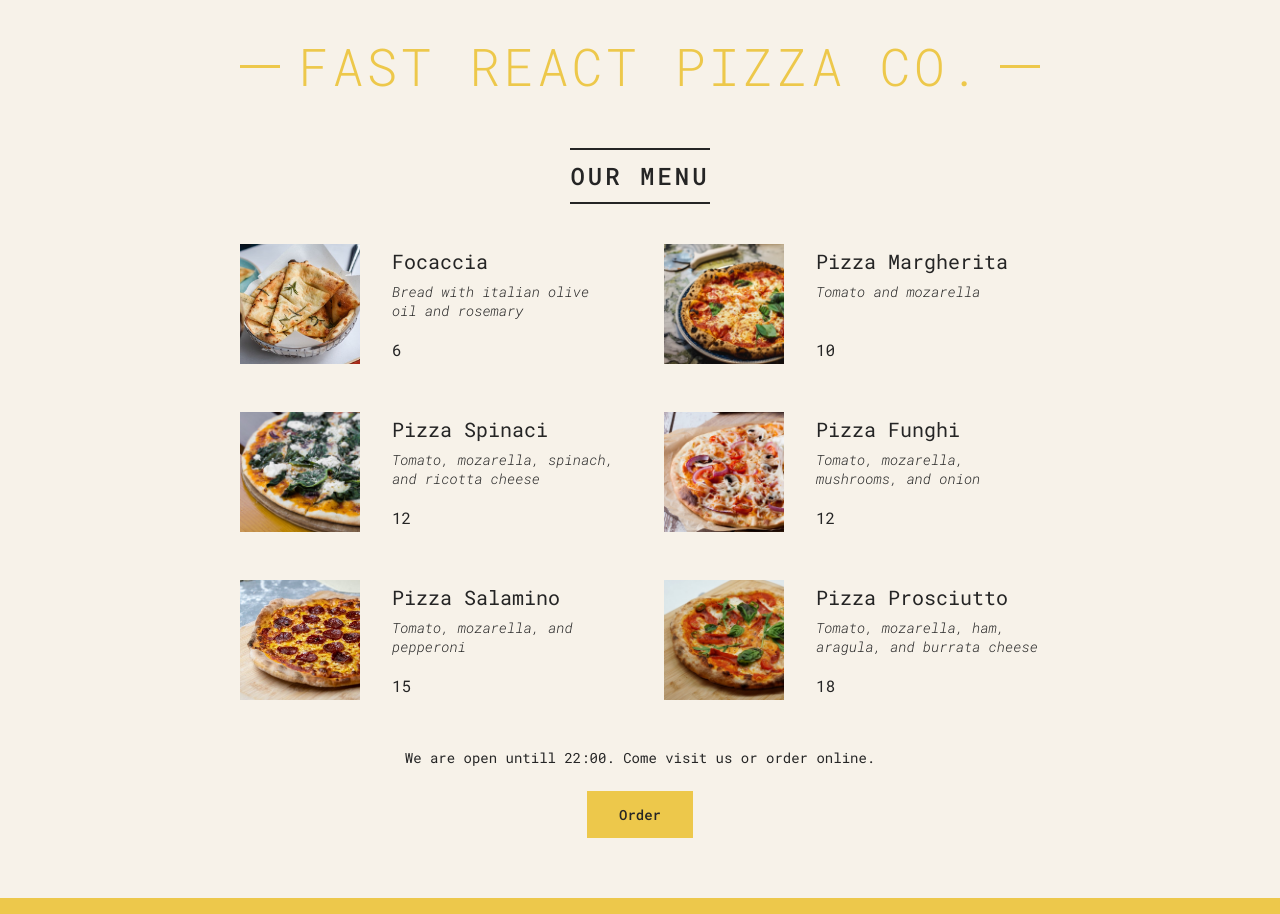
Repository: Aaryan-Poria/pizza-menu
Page: /
These files come from the project's save history. The page is drawn as it stood at one moment and after the next save; the edit follows.
The browser window is 1280 px wide. The pictures show the whole page.
The project was rebuilt for these pictures with package versions that can differ from the ones it lists, and the page was loaded fresh each time.

Above is the page before, as saved 2023-10-21 21:14:59.

After the next save:
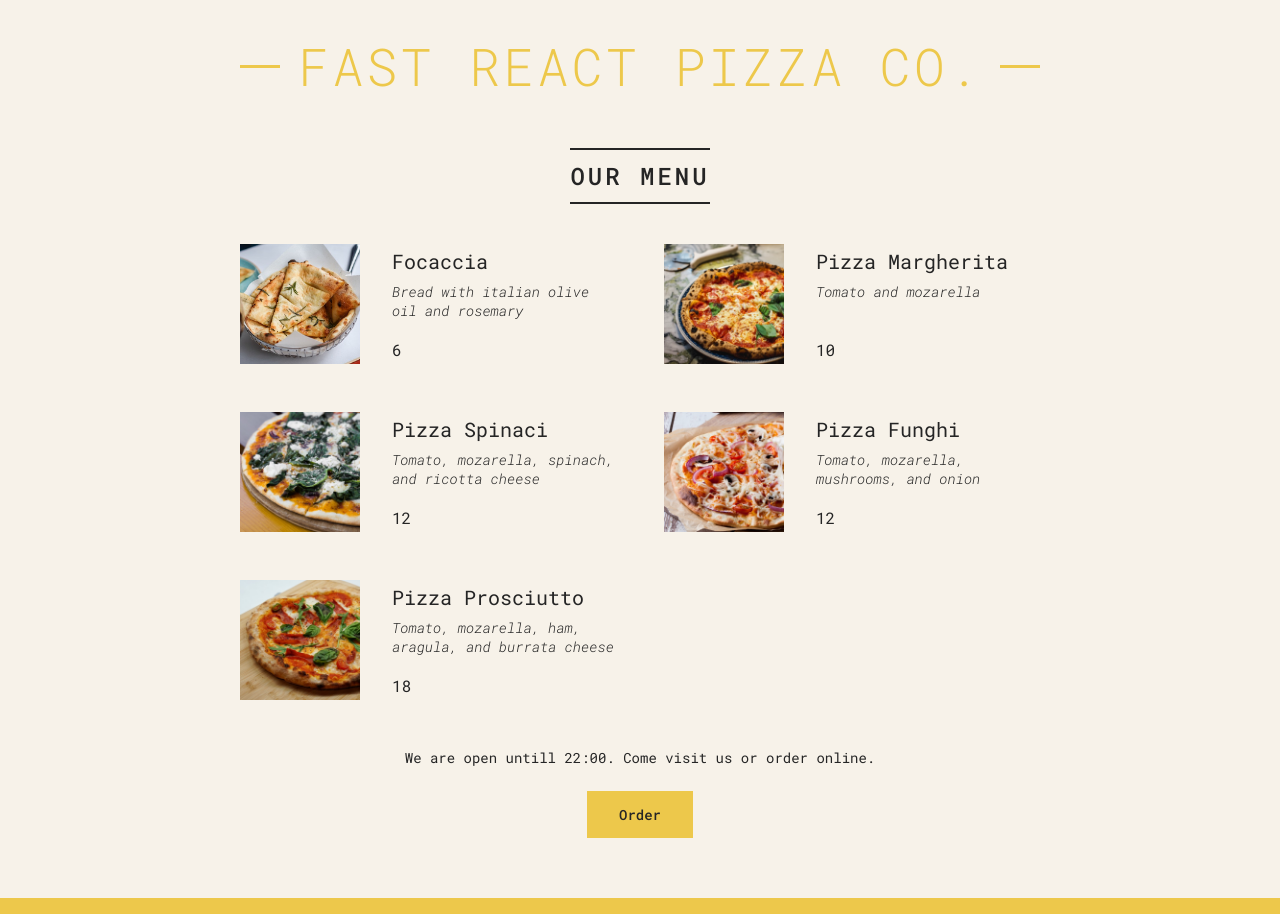
Saved 13 min 46 s later.
--- a/src/index.js
+++ b/src/index.js
@@ -104,6 +104,8 @@ function Menu() {
 
 function Pizza(props) {
   // Receiving props (Properties in function)
+  if (props.pizzaObj.soldOut) return null;
+
   return (
     <li className="pizza">
       <img src={props.pizzaObj.photoName} alt={props.pizzaObj.name}></img>
@@ -123,6 +125,7 @@ function Footer() {
   console.log(hour);
   const isOpen = hour >= openingHour && hour <= closingHour;
 
+  // If I use  (!isOpen), we don't actually render the footer element
   return (
     <footer className="footer">
       {isOpen ? (
